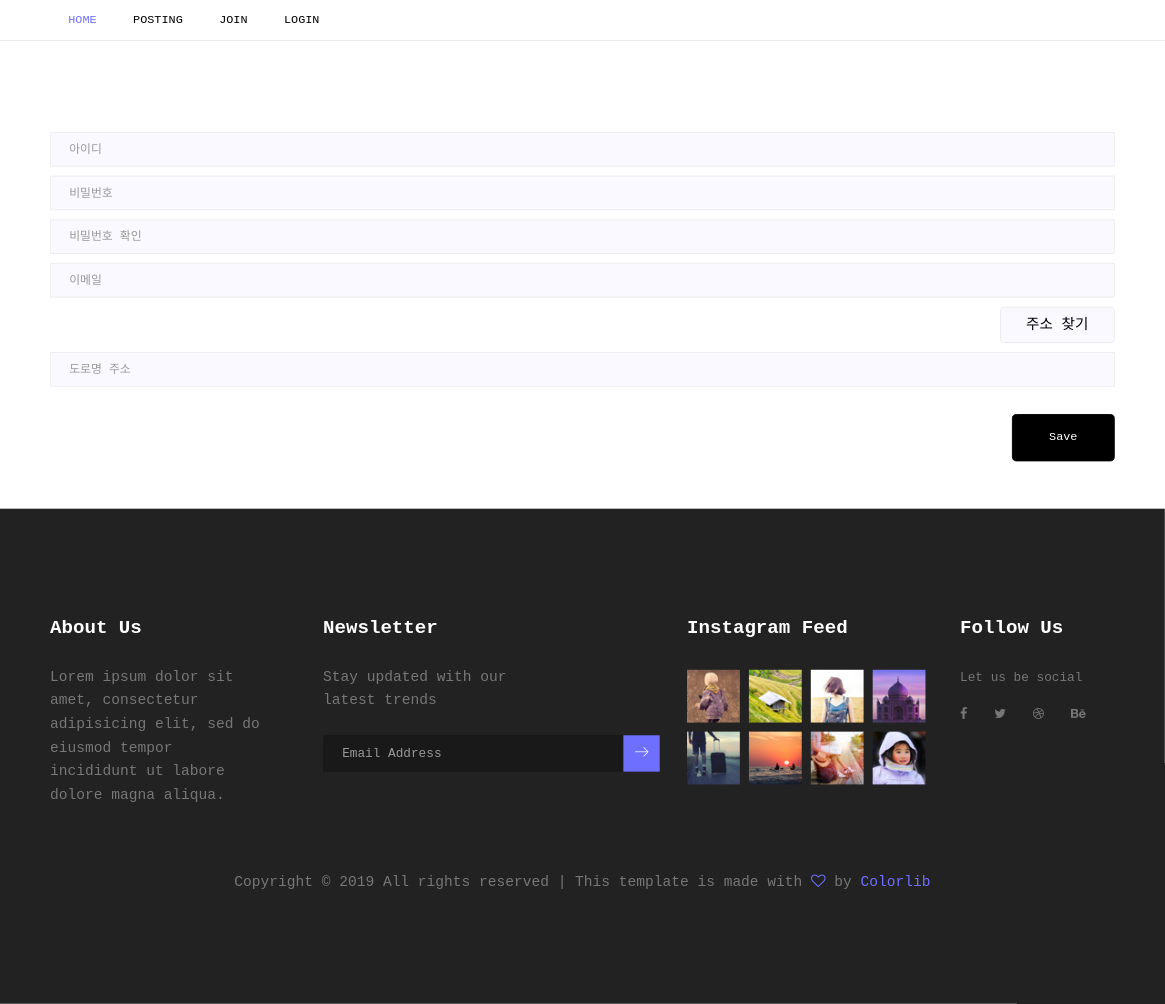
Repository: cwj2306/blog_project_2
Page: http://localhost/blog/user/userProfileForm.jsp
These files come from the project's save history. The page is drawn as it stood at one moment and after the next save; the edit follows.
The browser window is 1280 px wide. The pictures show the whole page, at 91% of full size.
Some web fonts or font styles are not loaded; a fallback is used. The page is served by Tomcat 9.

Above is the page before, as saved 2019-11-12 02:34:57.

After the next save:
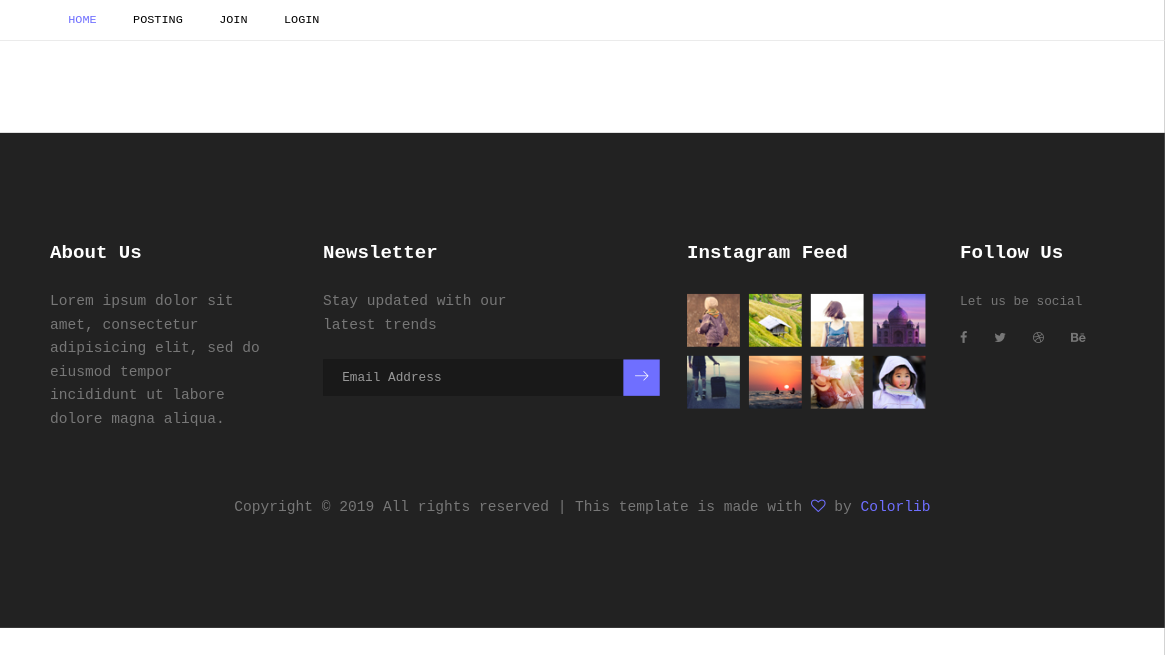
Saved 37 min 53 s later.
--- a/blog/WebContent/user/userProfileForm.jsp
+++ b/blog/WebContent/user/userProfileForm.jsp
@@ -6,6 +6,7 @@
 		<div class="container">
 			<div class="row">
 				<div class="col-lg-12">
+				<%--
 					<form class="row contact_form" action="/blog/user?cmd=update" method="post" onsubmit="return validateCheck()">
 						<input type="hidden" name="id" value="${sessionScope.user.id}">
 
@@ -48,49 +49,14 @@
 						<div class="col-md-12 text-right">
 							<button type="submit" value="submit" class="btn submit_btn">Save</button>
 						</div>
+						 --%>
+
 
 					</form>
+
 				</div>
 			</div>
 		</div>
 	</section>
 
-	<br/><br/>
-
-	<script>
-		function validateCheck(){
-			var password = document.querySelector('#password').value;
-			var passwordCheck = document.querySelector('#passwordCheck').value;
-			var address = document.querySelector('#roadFullAddr').value;
-
-			if(address == ''){
-				alert('주소를 입력하세요.');
-				return false;
-			}
-
-			if (password === passwordCheck) {
-				return true;
-			}else{
-				alert('비밀번호를 정확히 입력해주세요');
-				return false;
-			}
-		}
-
-		function goPopup(){
-			// 주소검색을 수행할 팝업 페이지를 호출합니다.
-			// 호출된 페이지(jusopopup.jsp)에서 실제 주소검색URL(http://www.juso.go.kr/addrlink/addrLinkUrl.do)를 호출하게 됩니다.
-			var pop = window.open("/blog/juso/jusoPopup.jsp","pop","width=570,height=420, scrollbars=yes, resizable=yes");
-
-			// 모바일 웹인 경우, 호출된 페이지(jusopopup.jsp)에서 실제 주소검색URL(http://www.juso.go.kr/addrlink/addrMobileLinkUrl.do)를 호출하게 됩니다.
-		    //var pop = window.open("/popup/jusoPopup.jsp","pop","scrollbars=yes, resizable=yes");
-		}
-
-		//주소입력 버튼 누르면 콜백됨
-		function jusoCallBack(roadFullAddr){
-			// 팝업페이지에서 주소입력한 정보를 받아서, 현 페이지에 정보를 등록합니다.
-			var juso = document.querySelector('#roadFullAddr');
-			juso.value = roadFullAddr;
-		}
-	</script>
-
 <%@ include file = "/include/footer.jsp" %>
